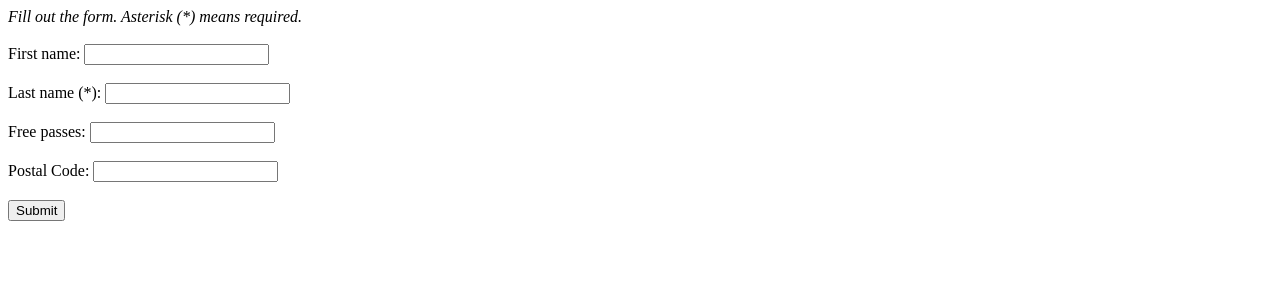
Repository: karishmakapur/SpringFramework
Page: http://localhost/spring-mvc-demo/customer/showForm
These files come from the project's save history. The page is drawn as it stood at one moment and after the next save; the edit follows.
The browser window is 1280 px wide. The pictures show the whole page.
The page is served by Tomcat 9.

Above is the page before, as saved 2019-08-20 17:11:35.

After the next save:
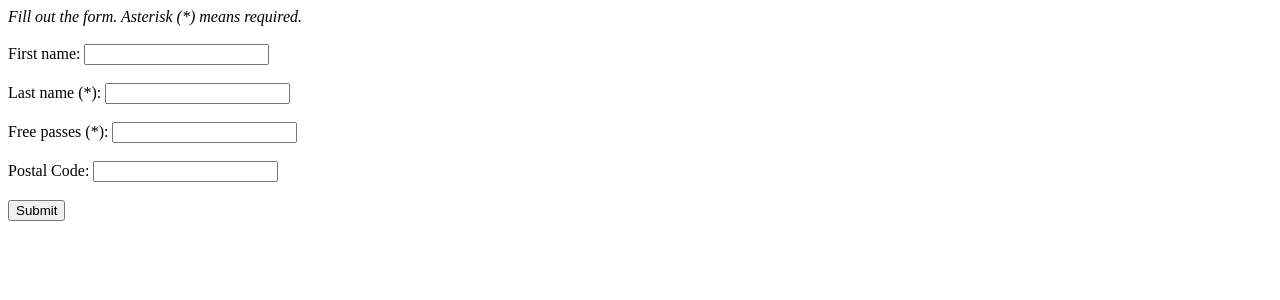
Saved 2 min 17 s later.
--- a/spring-mvc-demo/WebContent/WEB-INF/view/customer-form.jsp
+++ b/spring-mvc-demo/WebContent/WEB-INF/view/customer-form.jsp
@@ -24,7 +24,7 @@
 			<form:errors path="lastName" cssClass="error"/>
 
 			<br> <br>
-			Free passes: <form:input path="freePasses"/>
+			Free passes (*): <form:input path="freePasses"/>
 			<form:errors path="freePasses" cssClass="error"/>
 
 			<br> <br>
